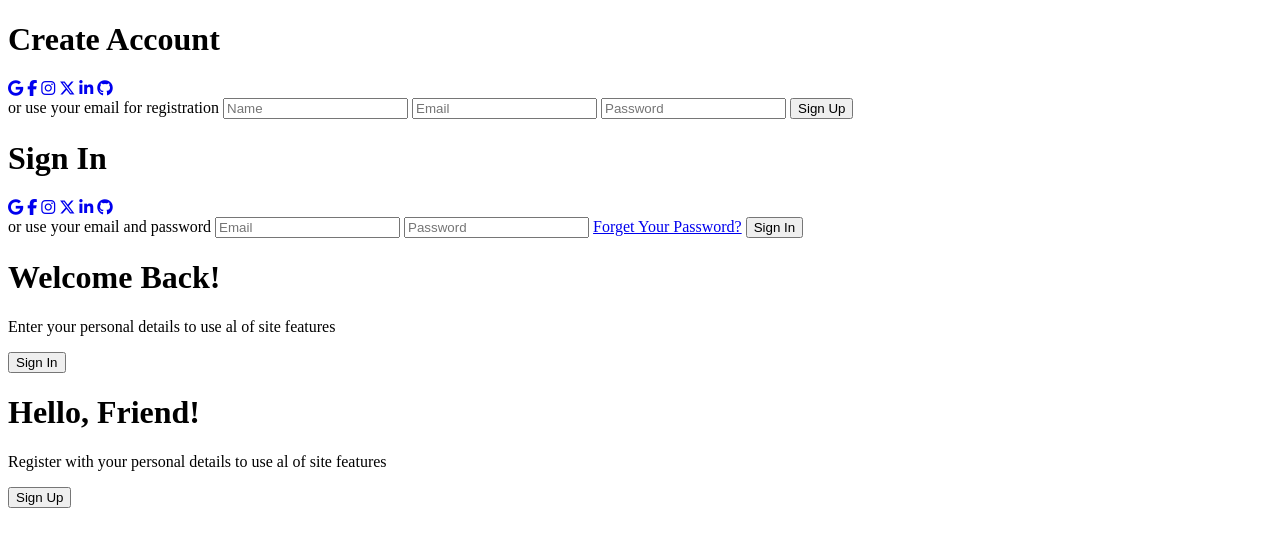
Repository: DevMike1993/Animated_Login_Page
Page: index.html
These files come from the project's save history. The page is drawn as it stood at one moment and after a run of saves; the edit follows.
The browser window is 1280 px wide. The pictures show the whole page.

Above is the page before, as saved 2023-12-17 19:50:12.

### index.html
<!DOCTYPE html>
<html lang="en">
<head>
    <meta charset="UTF-8">
    <meta name="viewport" content="width=device-width, initial-scale=1.0">
    <link rel="stylesheet" href="https://cdnjs.cloudflare.com/ajax/libs/font-awesome/6.5.1/css/all.min.css">
    <link rel="stylesheet" href="style.css">
    <title>Animated Login Page</title>
</head>
<body>

    <div class="container" id="container">
        <div class="form-container sign-up">
            <form>
                <h1>Create Account</h1>
                <div class="social-icons">
                    <a href="#" class="icon"><i class="fa-brands fa-google"></i></a>
                    <a href="#" class="icon"><i class="fa-brands fa-facebook-f"></i></a>
                    <a href="#" class="icon"><i class="fa-brands fa-instagram"></i></a>
                    <a href="#" class="icon"><i class="fa-brands fa-x-twitter"></i></a>
                    <a href="#" class="icon"><i class="fa-brands fa-linkedin-in"></i></a>
                    <a href="#" class="icon"><i class="fa-brands fa-github"></i></a>
                </div>
                <span>or use your email for registration</span>
                <input type="text" placeholder="Name">
                <input type="email" placeholder="Email">
                <input type="password" placeholder="Password">
                <button>Sign Up</button>
            </form>
        </div>
        <div class="form-container sign-in">
            <form>
                <h1>Sign In</h1>
                <div class="social-icons">
                    <a href="#" class="icon"><i class="fa-brands fa-google"></i></a>
                    <a href="#" class="icon"><i class="fa-brands fa-facebook-f"></i></a>
                    <a href="#" class="icon"><i class="fa-brands fa-instagram"></i></a>
                    <a href="#" class="icon"><i class="fa-brands fa-x-twitter"></i></a>
                    <a href="#" class="icon"><i class="fa-brands fa-linkedin-in"></i></a>
                    <a href="#" class="icon"><i class="fa-brands fa-github"></i></a>
                </div>
                <span>or use your email and password</span>
                <input type="email" placeholder="Email">
                <input type="password" placeholder="Password">
                <a href="#">Forget Your Password?</a>
                <button>Sign In</button>
            </form>
        </div>
        <div class="toggle-container">
            <div class="toggle">
                <div class="toggle-panel toggle-left">
                    <h1>Welcome Back!</h1>
                    <p>Enter your personal details to use al of site features</p>
                    <button class="hiden" id="login">Sign In</button>
                </div>
                <div class="toggle-panel toggle-right">
                    <h1>Hello, Friend!</h1>
                    <p>Register with your personal details to use al of site features</p>
                    <button class="hiden" id="register">Sign Up</button>
                </div>
            </div>
        </div>
    </div>

    <script src="script.js"></script>
</body>
</html>

### style.css
@import url('https://fonts.googleapis.com/css2?family=Montserrat:ital,wght@0,200;0,300;0,400;0,500;0,600;1,200;1,300&family=Poppins&display=swap');

*{

}

Loaded but not shown: script.js (no copy from this time; the picture is the same without it)

After the next 7 saves:
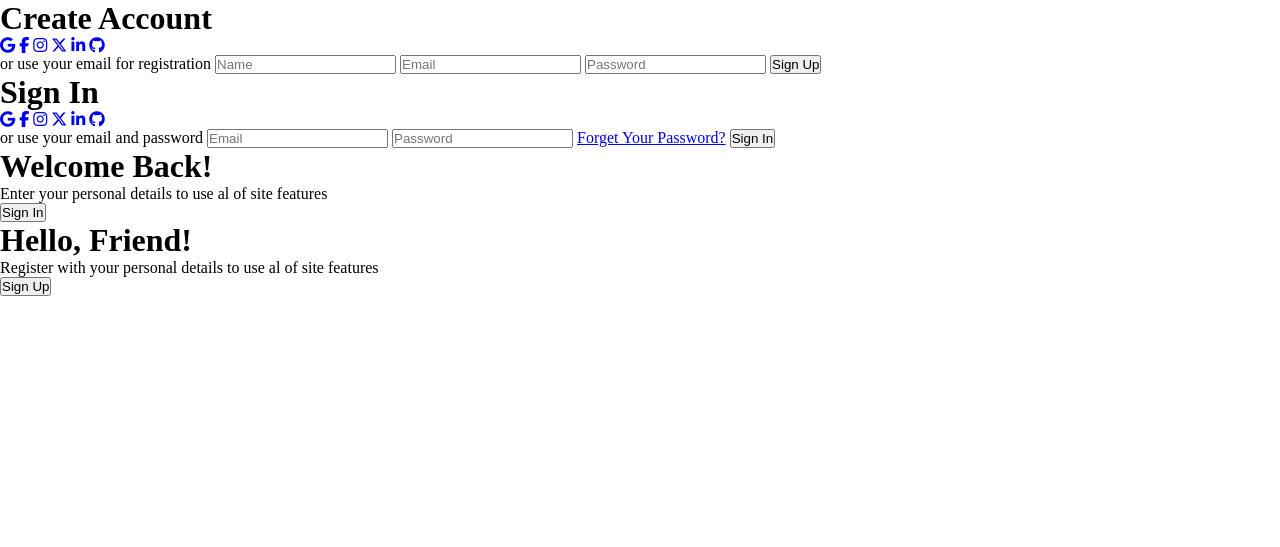
The 7 saves are shown as one change because they came seconds apart.
The last was saved 16 s later.
--- a/style.css
+++ b/style.css
@@ -1,5 +1,8 @@
 @import url('https://fonts.googleapis.com/css2?family=Montserrat:ital,wght@0,200;0,300;0,400;0,500;0,600;1,200;1,300&family=Poppins&display=swap');
 
 *{
-
+    margin: 0;
+    padding: 0;
+    box-sizing: border-box;
+    font-family: ;
 }
